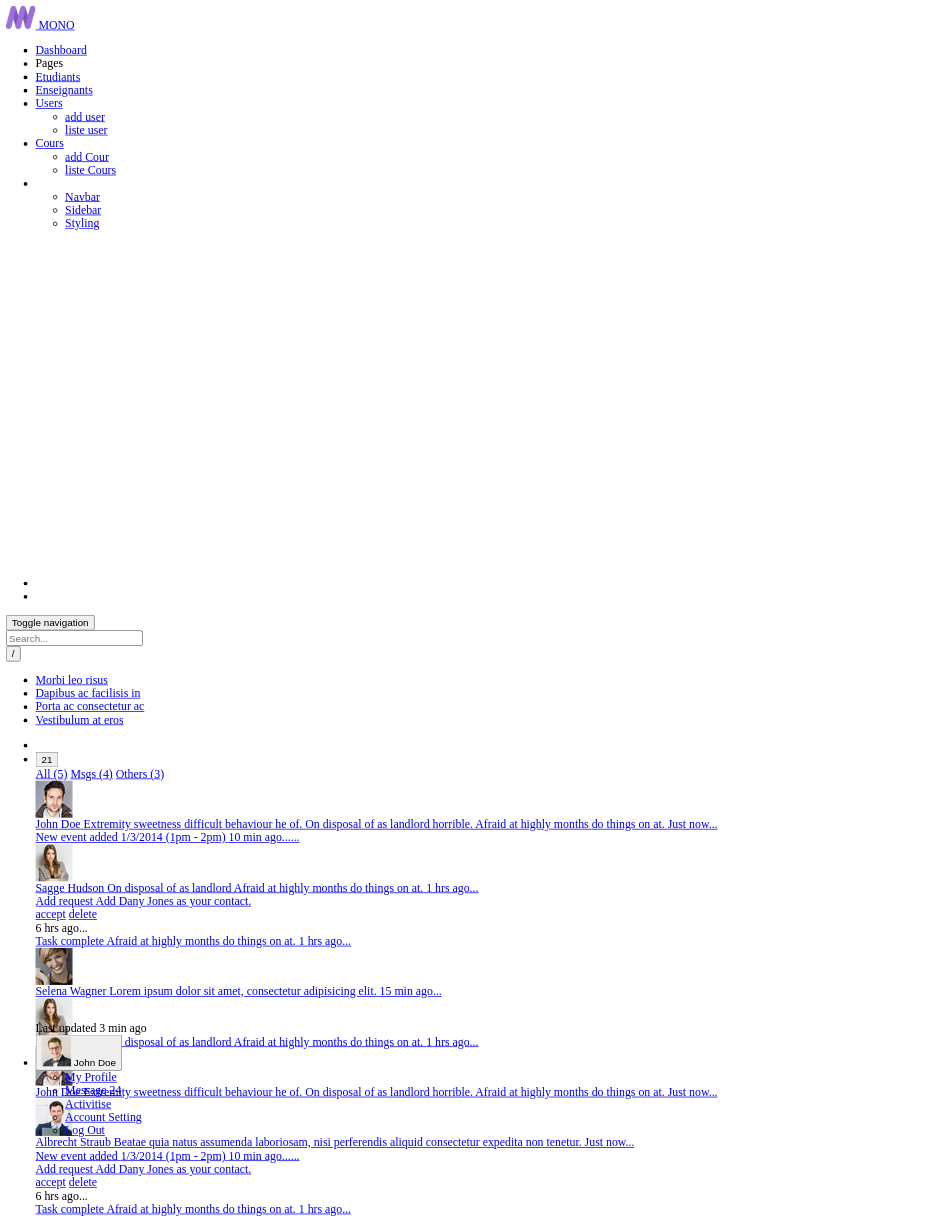
Repository: Grace-TGK/SchoolDay_Django_project
Page: templates/_partiels/nav.html
The author's editor kept a copy of each file at every save. The page is drawn from the files as they stood at one save, then again after the next save.
The browser window is 1280 px wide. The pictures show the whole page, at 74% of full size.
The template is drawn by Django 4.2. The application's start-up code is not run. The template is opened directly, without the code that normally fills it, so the values that code supplies are empty.

Above is the page before, as saved 2023-08-22 19:52:53.
Console error: ReferenceError: NProgress is not defined

After the next save:
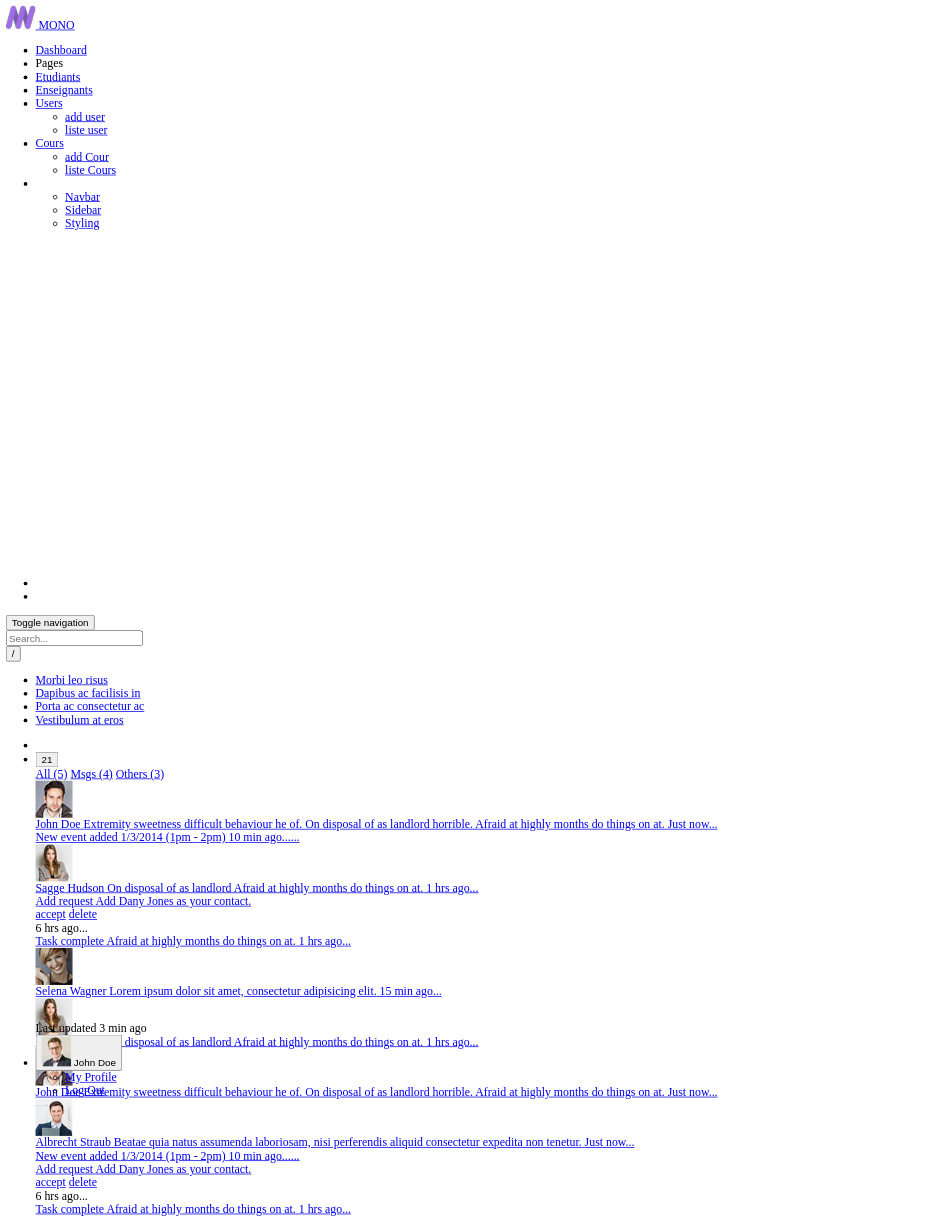
Saved 12 s later.
--- a/templates/_partiels/nav.html
+++ b/templates/_partiels/nav.html
@@ -517,24 +517,7 @@
                             <span class="nav-text">My Profile</span>
                           </a>
                         </li>
-                        <li>
-                          <a class="dropdown-link-item" href="email-inbox.html">
-                            <i class="mdi mdi-email-outline"></i>
-                            <span class="nav-text">Message</span>
-                            <span class="badge badge-pill badge-primary">24</span>
-                          </a>
-                        </li>
-                        <li>
-                          <a class="dropdown-link-item" href="user-activities.html">
-                            <i class="mdi mdi-diamond-stone"></i>
-                            <span class="nav-text">Activitise</span></a>
-                        </li>
-                        <li>
-                          <a class="dropdown-link-item" href="user-account-settings.html">
-                            <i class="mdi mdi-settings"></i>
-                            <span class="nav-text">Account Setting</span>
-                          </a>
-                        </li>
+
 
                         <li class="dropdown-footer">
                           <a class="dropdown-link-item" href="{% url 'logout' %}"> <i class="mdi mdi-logout"></i> Log Out </a>
